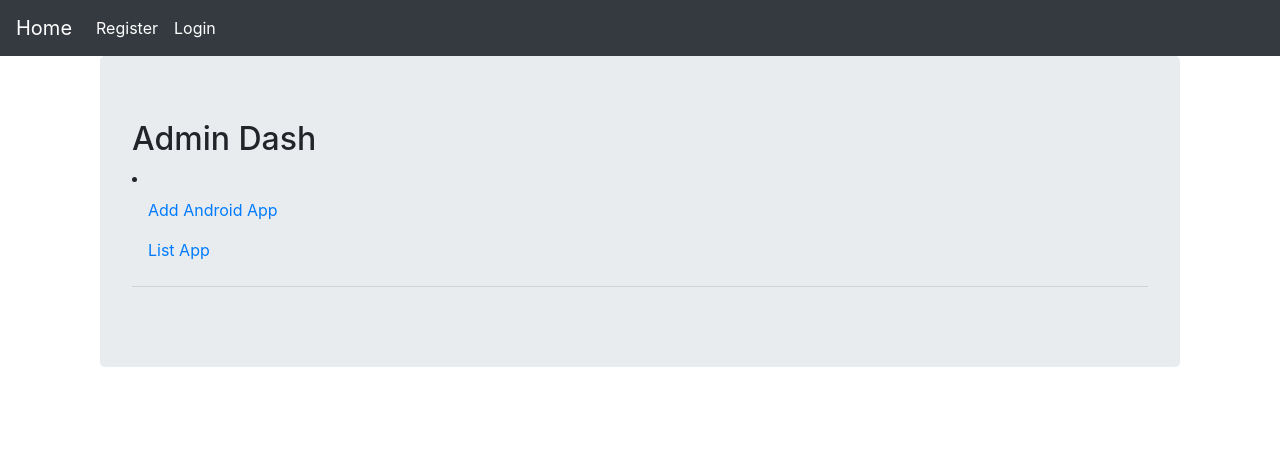
Repository: prabhat8701/nextgrowth_lab_task-main
Page: http://localhost/adminDash/
An editor plug-in stored every save of this project. The page is shown before and after a run of saves, followed by the edit.
The browser window is 1280 px wide. The pictures show the whole page.
The page is served by the project's application, run on Django 4.2 (manage.py). Other server files are loaded and not shown.

Above is the page before, as saved 2023-07-31 18:24:11.

### nextgrowAi/SET_2/next_project/templates/gradesApp/adminDash.html
{% extends 'gradesApp/base1.html' %}
{% block body_block %}

<div class="container">
    <div class="jumbotron">
        <h2>Admin Dash</h2>
        <li class="nav-item active">
            <a class="nav-link" href="{% url 'add_android_app' %}">Add Android App</a>
            <a class="nav-link" href="{% url 'app_list' %}">List App</a>
        </li>
        <hr>
    </div>
</div>


{% endblock %}

### nextgrowAi/SET_2/next_project/templates/gradesApp/base1.html
<!DOCTYPE html>
<html lang="en">
<head>
    <meta charset="UTF-8">
    <meta name="viewport" content="width=device-width, initial-scale=1.0">
    <meta http-equiv="X-UA-Compatible" content="ie=edge">
    <title>myGrades</title>
    <link rel="stylesheet" href="https://stackpath.bootstrapcdn.com/bootstrap/4.3.1/css/bootstrap.min.css" integrity="sha384-ggOyR0iXCbMQv3Xipma34MD+dH/1fQ784/j6cY/iJTQUOhcWr7x9JvoRxT2MZw1T" crossorigin="anonymous">
</head>
<body>
    <nav class="navbar navbar-expand-sm navbar-dark bg-dark">
        <a class="navbar-brand" href="{% url 'index' %}">Home</a>
        <button class="navbar-toggler d-lg-none" type="button" data-toggle="collapse" data-target="#collapsibleNavId" aria-controls="collapsibleNavId"
            aria-expanded="false" aria-label="Toggle navigation"></button>
        <div class="collapse navbar-collapse" id="collapsibleNavId">
            <ul class="navbar-nav mr-auto mt-2 mt-lg-0">
                <li class="nav-item active">
                    <!-- <a class="nav-link" href="{% url "admin:index" %}">Admin</a> -->
                </li>
                <li class="nav-item active">
                    <a class="nav-link" href="{% url 'register' %}" role="button">Register</a>

                </li>
                {% if user.is_authenticated %}
                    <!-- <li class="nav-item active">
                        <a class="nav-link" href="{% url 'dashboard' %}">Dashboard</a>

                    </li> -->
                    <li class="nav-item active">
                        <a class="nav-link" href="{% url 'logout' %}">Logout</a>
                    </li>
                {% else %}
                    <li class="nav-item active">

                        <a class="nav-link" href="{% url 'userLogin' %}">Login</a>

                    </li>
                {% endif %}

            </ul>

        </div>
    </nav>
    <div class="container">
        {% block body_block %}


        {% endblock %}
    </div>
</body>
</html>

### nextgrowAi/SET_2/next_project/next_app/views.py
from django.shortcuts import render

# Create your views here.
from django.shortcuts import render

# Create your views here.
from django.shortcuts import render,redirect
from next_app.forms import Admin_User_Form,Common_User_Form,Admin_User_AddForm,Common_User_AddForm,AndroidAppForm
from django.http import HttpResponse,HttpResponseRedirect
from django.contrib.auth.decorators import login_required
from django.urls import reverse
from django.contrib.auth import authenticate,login,logout
from next_app.models import Admin_User,Common_User,AndroidApp
from django.contrib.auth.models import User

# Create your views here.

def index(request):
    return render(request,'gradesApp/index.html')


@login_required
def userLogout(request):
    logout(request)
    return HttpResponseRedirect(reverse('index'))


def register(request):
    return render(request,'gradesApp/register.html')

def registeradmin(request):
    registered=False
    if request.method=='POST':
        var_adminForm=Admin_User_Form(request.POST)
        var_adminAddForm=Admin_User_AddForm(request.POST)
        if var_adminForm.is_valid()and var_adminAddForm.is_valid():
            adminprimary=var_adminForm.save()
            adminprimary.set_password(adminprimary.password)
            adminprimary.save()
            adminAdd=var_adminAddForm.save(commit=False)
            adminAdd.admin_user=adminprimary
            adminAdd.save()
            registered=True
    else:
        var_adminForm=Admin_User_Form()
        var_adminAddForm=Admin_User_AddForm()
    data={
        'var_adminForm':var_adminForm,
        'var_adminAddForm':var_adminAddForm,
        'registered':registered
        }
    return render(request,'gradesApp/registeradmin.html',data)


def registeruser(request):
    registered=False
    if request.method=='POST':
        var_userForm=Common_User_Form(request.POST)
        var_userAddForm=Common_User_AddForm(request.POST)
        if var_userForm.is_valid()and var_userAddForm.is_valid():
            userprimary=var_userForm.save()
            userprimary.set_password(userprimary.password)
            userprimary.save()
            userAdd=var_userAddForm.save(commit=False)
            userAdd.common_user=userprimary
            userAdd.save()
            registered=True
    else:
        var_userForm=Common_User_Form()
        var_userAddForm=Common_User_AddForm()
    data={
        'var_userForm':var_userForm,
        'var_userAddForm':var_userAddForm,
        'registered':registered}
    return render(request,'gradesApp/registeruser.html',data)

def userLogin(request):
    invalidlogin=False
    if request.method=='POST':
        username=request.POST.get('username')
        password=request.POST.get('password')
        user=authenticate(username=username,password=password)
        if user:
            if user.is_active:
                login(request,user)
                return HttpResponseRedirect(reverse('index'))
            else:
                return HttpResponse('Account not active')
        else:
            invalidlogin=True
            return redirect('/gradesApp/login/')
    else:
        return render(request,'gradesApp/login.html',{'invalidlogin':invalidlogin})


# from django.shortcuts import render, redirect
# from .models import Admin_User, Common_User
# from django.contrib.auth.decorators import login_required

@login_required
def dashboard(request):
    print("request",request.user)
    try:
        current=Admin_User.objects.get(admin_user=request.user)
        print("current",current)
        is_admin_user = True
    except Admin_User.DoesNotExist:
        current=Common_User.objects.get(common_user=request.user)
        print("current",current)
        is_admin_user = False

    if is_admin_user:
        return redirect('/adminDash/')
    else:
        return redirect('/userDash/')
    return render(request,'gradesApp/dashboard.html')




from django.shortcuts import render, redirect
from .models import Admin_User, Common_User
from django.contrib.auth.decorators import login_required


# @login_required
# def dashboard(request):
#     print("request", request.user)
#     try:
#         # Try to fetch the Admin_User object for the current user
#         current = Admin_User.objects.get(admin_user=request.user)
#         is_admin_user = True
#     except Admin_User.DoesNotExist:
#         # If Admin_User object is not found, try fetching Common_User object
#         try:
#             current = Common_User.objects.get(common_user=request.user)
#             is_admin_user = False
#         except Common_User.DoesNotExist:
#             # If neither Admin_User nor Common_User object is found, handle the situation here
#             # For example, you might want to redirect to a page showing an error message
#             return render(request, 'gradesApp/error.html')

    # if is_admin_user:
    #     return redirect('/studentDash/')
    # else:
    #     return redirect('/teacherDash/')




def adminDash(request):
    return render(request,'gradesApp/adminDash.html')

def userDash(request):
    return render(request,'gradesApp/userDash.html')

def add_android_app(request):
    if request.method == 'POST':
        print("f1")

        # form = AndroidAppForm(request.POST)
        form = AndroidAppForm(request.POST, request.FILES)
        print("f12")
        if form.is_valid():
            print("f3")
            form.save()
            return redirect('app_list')
    else:
        print("f")
        form = AndroidAppForm()
    return render(request, 'gradesApp/add_android_app.html', {'form': form})

from django.contrib.auth.decorators import login_required

# @login_required
def app_list(request):
    apps = AndroidApp.objects.all()
    return render(request, 'gradesApp/app_list.html', {'apps': apps})

from django.shortcuts import render, get_object_or_404
def app_detail(request, app_id):
    app = get_object_or_404(AndroidApp, id=app_id)
    return render(request, 'gradesApp/app_detail.html', {'app': app})



# views.py

# from django.shortcuts import render, redirect
from .forms import TaskScreenshotForm

def add_task_screenshot(request):
    if request.method == 'POST':
        form = TaskScreenshotForm(request.POST, request.FILES)
        if form.is_valid():
            form.instance.user = request.user  # Assign the current user to the 'user' field
            form.save()
            return redirect('app_list')  # Replace 'app_list' with the URL name of your app list page
    else:
        form = TaskScreenshotForm()
    return render(request, 'gradesApp/add_task.html', {'form': form})  # Replace 'your_template.html' with your desired template name

### nextgrowAi/SET_2/next_project/next_project/urls.py
"""next_project URL Configuration

The `urlpatterns` list routes URLs to views. For more information please see:
    https://docs.djangoproject.com/en/4.1/topics/http/urls/
Examples:
Function views
    1. Add an import:  from my_app import views
    2. Add a URL to urlpatterns:  path('', views.home, name='home')
Class-based views
    1. Add an import:  from other_app.views import Home
    2. Add a URL to urlpatterns:  path('', Home.as_view(), name='home')
Including another URLconf
    1. Import the include() function: from django.urls import include, path
    2. Add a URL to urlpatterns:  path('blog/', include('blog.urls'))
"""
from django.contrib import admin
from django.urls import path,include
from next_app import views
from django.conf import settings
from django.conf.urls.static import static

urlpatterns = [
    path('next_app/',include('next_app.urls')),
    path('',views.index,name='index'),
    path('admin/', admin.site.urls),
    path('logout/',views.userLogout,name='logout'),
    path('adminDash/',views.adminDash,name='adminDash'),
    path('userDash/',views.userDash,name='userDash'),
]
if settings.DEBUG:
    urlpatterns += static(settings.MEDIA_URL, document_root=settings.MEDIA_ROOT)

### nextgrowAi/SET_2/next_project/next_app/urls.py
from django.urls import path
from next_app import views

# app_name='gradesApp'

urlpatterns = [
    path('',views.index,name='index'),
    path('register/',views.register,name='register'),

    path('registeradmin/',views.registeradmin,name='registeradmin'),
    path('registeruser/',views.registeruser,name='registeruser'),

    path('login/',views.userLogin,name='userLogin'),
    path('dashboard',views.dashboard,name='dashboard'),

    path('add_android_app/', views.add_android_app, name='add_android_app'),
    path('app_list/', views.app_list, name='app_list'),
    path('app_detail/<int:app_id>/', views.app_detail, name='app_detail'),
    path('add_task_screenshot/', views.add_task_screenshot, name='add_task_screenshot'),
]

After the next 2 saves:
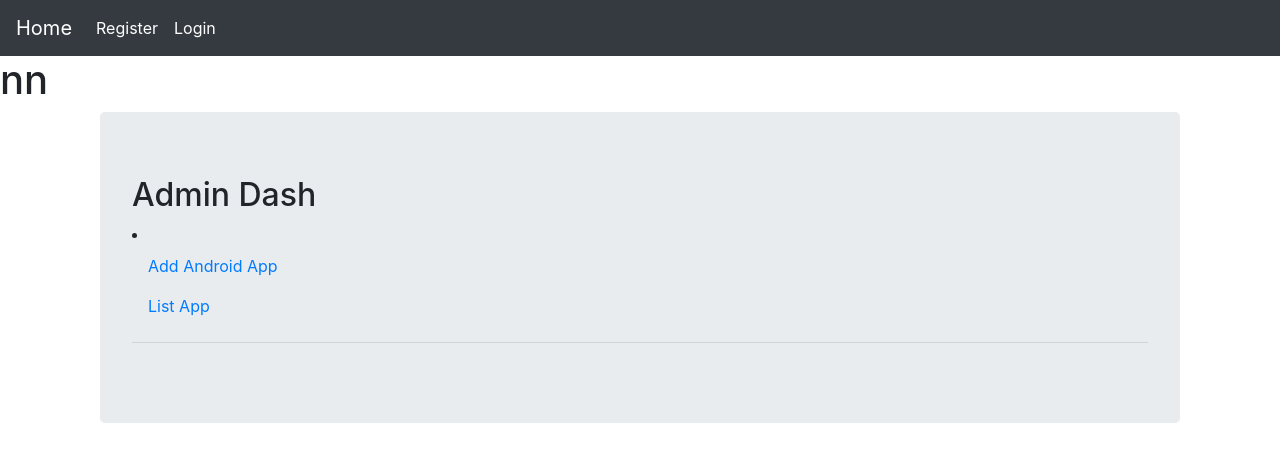
The 2 saves are shown as one change because they came seconds apart.
The last was saved 8 s later.
--- a/nextgrowAi/SET_2/next_project/templates/gradesApp/base1.html
+++ b/nextgrowAi/SET_2/next_project/templates/gradesApp/base1.html
@@ -41,6 +41,7 @@
 
         </div>
     </nav>
+    <h1>nn</h1>
     <div class="container">
         {% block body_block %}
 

After the 3 saves that followed:
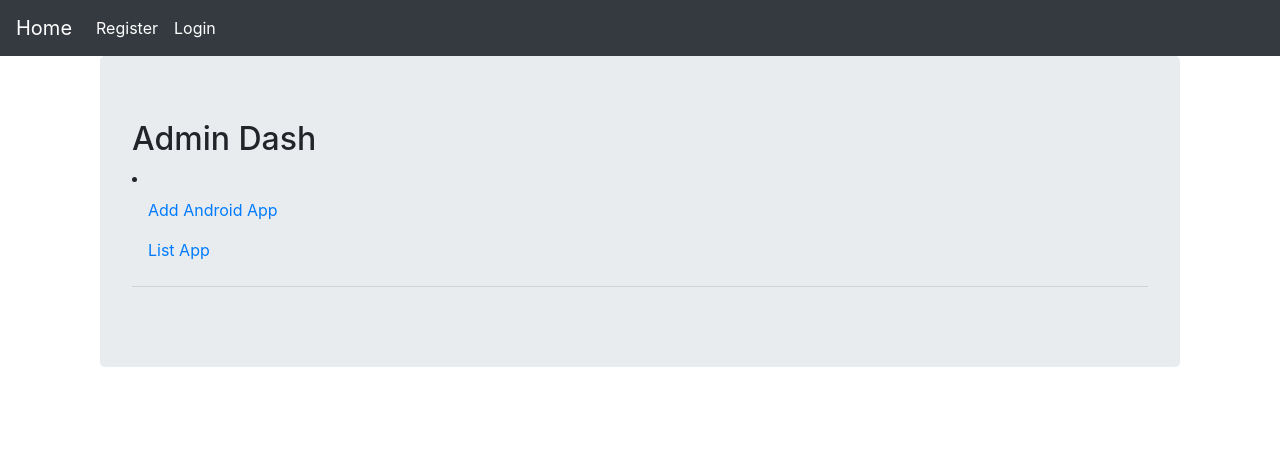
The 3 saves are shown as one change because 1 left the picture as it was and some came seconds apart.
The last was saved 19 s later.
--- a/nextgrowAi/SET_2/next_project/templates/gradesApp/base1.html
+++ b/nextgrowAi/SET_2/next_project/templates/gradesApp/base1.html
@@ -41,7 +41,8 @@
 
         </div>
     </nav>
-    <h1>nn</h1>
+
+
     <div class="container">
         {% block body_block %}
 
